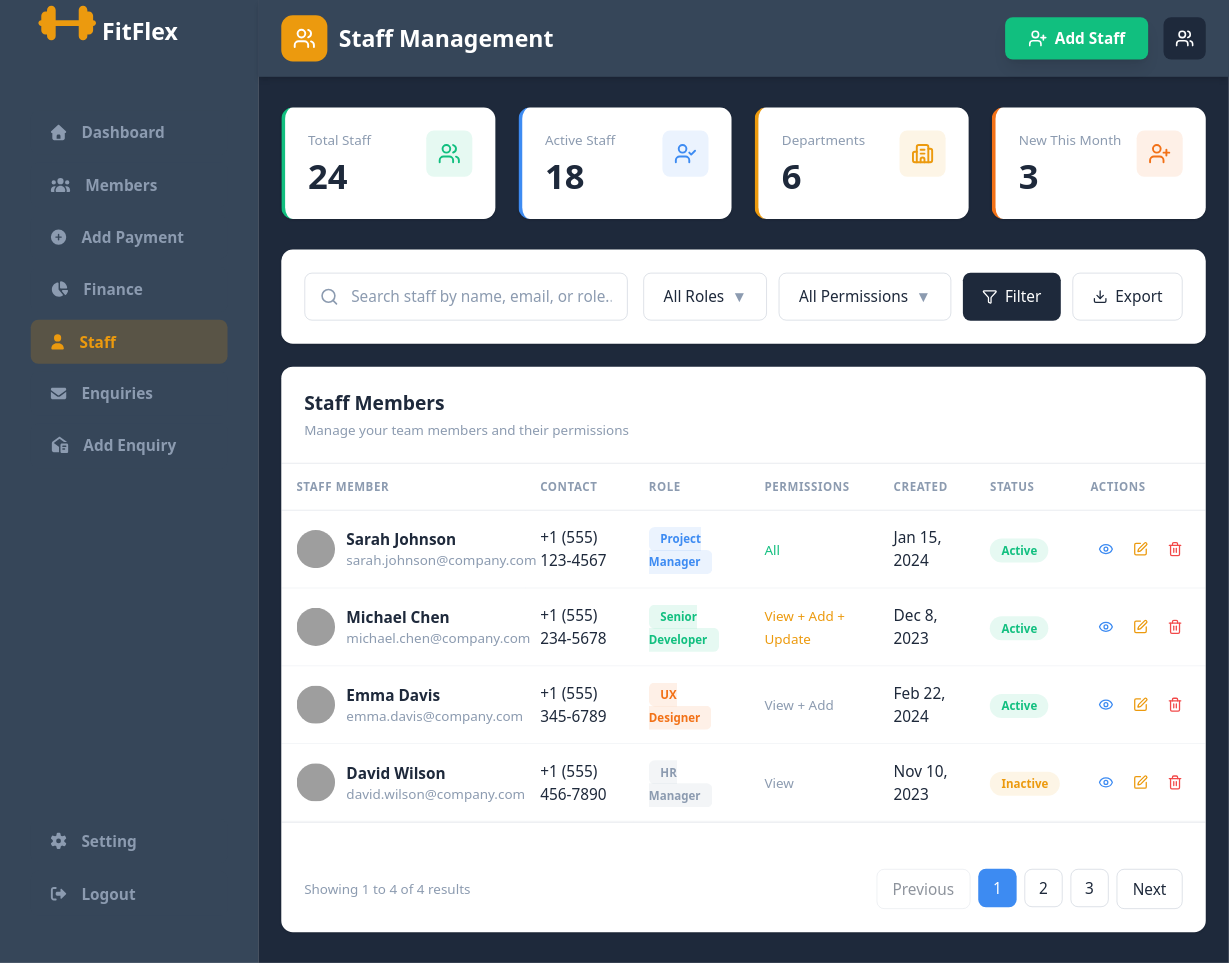
Repository: MuhammadTalhaTaj/gym_management_app_backend
Page: /staff (app in frontend/)
An editor plug-in stored every save of this project. The page is shown before and after the next save, followed by the edit.
The browser window is 1280 px wide. The pictures show the whole page, at 96% of full size.
Pictures or frames that could not be fetched are drawn as grey boxes. The project was rebuilt for these pictures with package versions that can differ from the ones it lists, and the page was loaded fresh each time. Also part of the build but not shown: frontend/vite.config.ts, frontend/src/assets/styles/AdminHeader.css, frontend/src/Components/AdminHeader.tsx, frontend/src/assets/styles/AdminDashboard.css, frontend/src/hooks/useDashboardData.ts, frontend/src/assets/styles/AdminDashboardStats.css, frontend/src/Components/AdminDashboardStats.tsx, frontend/src/Components/IncomeExpenseChart.tsx and 30 more.

Above is the page before, as saved 2025-11-21 09:55:35.

### frontend/index.html
<!doctype html>
<html lang="en">

<head>
  <meta charset="UTF-8" />
  <link rel="icon" type="image/svg+xml" href="/vite.svg" />
  <meta name="viewport" content="width=device-width, initial-scale=1.0" />
  <title>GymManagement</title>
  <link rel="preconnect" href="https://fonts.googleapis.com" />
  <link rel="preconnect" href="https://fonts.gstatic.com" crossorigin />
  <link rel="stylesheet" href="https://fonts.googleapis.com/css2?family=Roboto:wght@300;400;500;700&display=swap" />

</head>

<body>
  <div id="root"></div>
  <script type="module" src="/src/main.tsx"></script>
</body>

</html>

### frontend/src/index.css
@import "tailwindcss";
:root{
  padding: 0;
  margin: 0;
  box-sizing: border-box;
  --primary-100:#364659;
  --primary-200:#1E293B;
  --primary-300:#8C9BB0;
  --secondary-100: #EC9A0E;
  --secondary-200:#595446;
  --tertiary-100: #F24949;
  --tertiary-100-30: #584252;
  --tertiary-200: #F47117;
  --tertiary-200-30: #5A4B48;
  --tertiary-300: #11BF7F;
  --tertiary-300-30: #2B595E;
  --tertiary-400: #3D8BF2;
  --tertiary-400-30: #344E75;
  --tertiary-500: #94A3B8;
  --tertiary-600: #1E293B;
}
body{
  padding: 0;
  margin: 0;
}
.adminMain{
  display: flex;
  margin: 0;
  justify-content: space-between;
  padding: 0;
  /* border: 2px solid blue; */
}
@media all and (max-width:700px) {
  .adminMain{
    flex-direction: column;
  }
}

### frontend/src/Components/ProtectedRoute.tsx
import React, { useEffect, useState } from "react";
// import { Navigate } from "react-router-dom";
import { apiRequest } from "../config/api";

type Props = {
  children: React.ReactNode;
};

const getStoredToken = (): string | null => {
  return localStorage.getItem("accessToken") || sessionStorage.getItem("accessToken");
};

export default function ProtectedRoute({ children }: Props) {
  const [status, setStatus] = useState<"pending" | "ok" | "unauth">("pending");

  useEffect(() => {
    let mounted = true;

    const token = getStoredToken();
    if (!token) {
      // no token -> immediately unauth
      if (mounted) setStatus("unauth");
      return;
    }

    const validate = async () => {
      try {
        // call backend authenticate endpoint
        const res = await apiRequest<{ success?: boolean; message?: string; userId?: string }>({
          method: "GET",
          endpoint: "/auth/authenticate"
        });

        // backend returns success:true on valid token
        if (mounted && res && (res as any).success === true) {
          setStatus("ok");
        } else {
          // treat missing success flag as unauth
          if (mounted) setStatus("unauth");
        }
      } catch (err) {
        // any error -> unauth
        if (mounted) setStatus("unauth");
      }
    };

    validate();

    return () => { mounted = false; };
  }, []);

  if (status === "pending") {
    // while checking, render nothing (keep UI/layout unchanged)
    return null;
  }

  if (status === "unauth") {
    // clear tokens to ensure clean state, then redirect
    try {
      localStorage.removeItem("accessToken");
      sessionStorage.removeItem("accessToken");
    } catch (e) {
      // ignore
    }
    // return <Navigate to="/login" replace />;
  }

  // auth ok
  return <>{children}</>;
}

### frontend/src/context/AuthContext.tsx
// src/context/AuthContext.tsx (example)
import React, { createContext, useEffect } from "react";
import { onAuthFailure,
  // setAccessToken as storeAccessToken,
   clearTokens } from "../config/auth";
import { useNavigate } from "react-router-dom";

export const AuthContext = createContext<any>(null);

export const AuthProvider: React.FC<{children:any}> = ({ children }) => {
  const navigate = useNavigate();

  useEffect(() => {
    onAuthFailure(() => {
      // clear local tokens and redirect to login
      clearTokens();
      navigate("/login");
    });
  }, [navigate]);

  return <AuthContext.Provider value={{}}>{children}</AuthContext.Provider>;
};

### frontend/src/pages/Admin/Staff.tsx
import React, { useState } from 'react';
import { Search, Download, Filter, Eye, Edit, Trash2, UserPlus, Users, UserCheck, Building2 } from 'lucide-react';

// Mock data file simulation
const staffData = [
  {
    id: 1,
    name: 'Sarah Johnson',
    email: 'sarah.johnson@company.com',
    phone: '+1 (555) 123-4567',
    role: 'Project Manager',
    permissions: 'All',
    created: 'Jan 15, 2024',
    status: 'Active',
    avatar: 'https://i.pravatar.cc/150?img=1'
  },
  {
    id: 2,
    name: 'Michael Chen',
    email: 'michael.chen@company.com',
    phone: '+1 (555) 234-5678',
    role: 'Senior Developer',
    permissions: 'View + Add + Update',
    created: 'Dec 8, 2023',
    status: 'Active',
    avatar: 'https://i.pravatar.cc/150?img=2'
  },
  {
    id: 3,
    name: 'Emma Davis',
    email: 'emma.davis@company.com',
    phone: '+1 (555) 345-6789',
    role: 'UX Designer',
    permissions: 'View + Add',
    created: 'Feb 22, 2024',
    status: 'Active',
    avatar: 'https://i.pravatar.cc/150?img=3'
  },
  {
    id: 4,
    name: 'David Wilson',
    email: 'david.wilson@company.com',
    phone: '+1 (555) 456-7890',
    role: 'HR Manager',
    permissions: 'View',
    created: 'Nov 10, 2023',
    status: 'Inactive',
    avatar: 'https://i.pravatar.cc/150?img=4'
  }
];

const statsData = [
  { label: 'Total Staff', value: 24, icon: Users, color: 'bg-[#11BF7F]/10', iconColor: 'text-[#11BF7F]', borderColor: 'border-l-[#11BF7F]' },
  { label: 'Active Staff', value: 18, icon: UserCheck, color: 'bg-[#3D8BF2]/10', iconColor: 'text-[#3D8BF2]', borderColor: 'border-l-[#3D8BF2]' },
  { label: 'Departments', value: 6, icon: Building2, color: 'bg-[#EC9A0E]/10', iconColor: 'text-[#EC9A0E]', borderColor: 'border-l-[#EC9A0E]' },
  { label: 'New This Month', value: 3, icon: UserPlus, color: 'bg-[#F27117]/10', iconColor: 'text-[#F27117]', borderColor: 'border-l-[#F27117]' }
];

// Components
const StatCard = ({ stat }) => {
  const Icon = stat.icon;
  return (
    <div className={`bg-white rounded-xl p-6 border-l-4 ${stat.borderColor} shadow-sm hover:shadow-md transition-shadow`}>
      <div className="flex items-start justify-between">
        <div>
          <p className="text-[#8C9BB0] text-sm font-medium mb-2">{stat.label}</p>
          <h3 className="text-[#1E293B] text-4xl font-bold">{stat.value}</h3>
        </div>
        <div className={`${stat.color} ${stat.iconColor} p-3 rounded-lg`}>
          <Icon className="w-6 h-6" />
        </div>
      </div>
    </div>
  );
};

const SearchBar = ({ value, onChange }) => (
  <div className="relative flex-1 max-w-md">
    <Search className="absolute left-4 top-1/2 -translate-y-1/2 w-5 h-5 text-[#8C9BB0]" />
    <input
      type="text"
      value={value}
      onChange={(e) => onChange(e.target.value)}
      placeholder="Search staff by name, email, or role..."
      className="w-full pl-12 pr-4 py-3 rounded-lg border border-[#8C9BB0]/30 focus:outline-none focus:ring-2 focus:ring-[#3D8BF2] focus:border-transparent text-[#1E293B] placeholder:text-[#8C9BB0]"
    />
  </div>
);

const FilterButton = ({ children, onClick }) => (
  <button
    onClick={onClick}
    className="px-5 py-3 rounded-lg border border-[#8C9BB0]/30 text-[#1E293B] font-medium hover:bg-[#F8FAFC] transition-colors flex items-center gap-2"
  >
    {children}
  </button>
);

const ActionButton = ({ icon: Icon, onClick, variant = 'default' }) => {
  const colors = {
    view: 'text-[#3D8BF2] hover:bg-[#3D8BF2]/10',
    edit: 'text-[#EC9A0E] hover:bg-[#EC9A0E]/10',
    delete: 'text-[#F24949] hover:bg-[#F24949]/10'
  };

  return (
    <button
      onClick={onClick}
      className={`p-2 rounded-lg transition-colors ${colors[variant]}`}
    >
      <Icon className="w-4 h-4" />
    </button>
  );
};

const StatusBadge = ({ status }) => {
  const isActive = status === 'Active';
  return (
    <span className={`px-3 py-1 rounded-full text-xs font-semibold ${
      isActive
        ? 'bg-[#11BF7F]/10 text-[#11BF7F]'
        : 'bg-[#EC9A0E]/10 text-[#EC9A0E]'
    }`}>
      {status}
    </span>
  );
};

const RoleBadge = ({ role }) => {
  const colors = {
    'Project Manager': 'bg-[#3D8BF2]/10 text-[#3D8BF2]',
    'Senior Developer': 'bg-[#11BF7F]/10 text-[#11BF7F]',
    'UX Designer': 'bg-[#F27117]/10 text-[#F27117]',
    'HR Manager': 'bg-[#8C9BB0]/10 text-[#8C9BB0]'
  };

  return (
    <span className={`px-3 py-1 rounded-md text-xs font-semibold ${colors[role] || 'bg-gray-100 text-gray-700'}`}>
      {role}
    </span>
  );
};

const PermissionBadge = ({ permissions }) => {
  const getColor = () => {
    if (permissions === 'All') return 'text-[#11BF7F]';
    if (permissions.includes('Update')) return 'text-[#EC9A0E]';
    if (permissions.includes('Add')) return 'text-[#8C9BB0]';
    return 'text-[#8C9BB0]';
  };

  return (
    <span className={`text-sm font-medium ${getColor()}`}>
      {permissions}
    </span>
  );
};

const StaffTable = ({ data, onView, onEdit, onDelete }) => (
  <div className="overflow-x-auto">
    <table className="w-full">
      <thead>
        <tr className="border-b border-[#8C9BB0]/20">
          <th className="text-left py-4 px-4 text-xs font-semibold text-[#8C9BB0] uppercase tracking-wider">Staff Member</th>
          <th className="text-left py-4 px-4 text-xs font-semibold text-[#8C9BB0] uppercase tracking-wider">Contact</th>
          <th className="text-left py-4 px-4 text-xs font-semibold text-[#8C9BB0] uppercase tracking-wider">Role</th>
          <th className="text-left py-4 px-4 text-xs font-semibold text-[#8C9BB0] uppercase tracking-wider">Permissions</th>
          <th className="text-left py-4 px-4 text-xs font-semibold text-[#8C9BB0] uppercase tracking-wider">Created</th>
          <th className="text-left py-4 px-4 text-xs font-semibold text-[#8C9BB0] uppercase tracking-wider">Status</th>
          <th className="text-left py-4 px-4 text-xs font-semibold text-[#8C9BB0] uppercase tracking-wider">Actions</th>
        </tr>
      </thead>
      <tbody>
        {data.map((staff) => (
          <tr key={staff.id} className="border-b border-[#8C9BB0]/10 hover:bg-[#F8FAFC] transition-colors">
            <td className="py-4 px-4">
              <div className="flex items-center gap-3">
                <img src={staff.avatar} alt={staff.name} className="w-10 h-10 rounded-full object-cover" />
                <div>
                  <p className="font-semibold text-[#1E293B]">{staff.name}</p>
                  <p className="text-sm text-[#8C9BB0]">{staff.email}</p>
                </div>
              </div>
            </td>
            <td className="py-4 px-4 text-[#1E293B]">{staff.phone}</td>
            <td className="py-4 px-4">
              <RoleBadge role={staff.role} />
            </td>
            <td className="py-4 px-4">
              <PermissionBadge permissions={staff.permissions} />
            </td>
            <td className="py-4 px-4 text-[#1E293B]">{staff.created}</td>
            <td className="py-4 px-4">
              <StatusBadge status={staff.status} />
            </td>
            <td className="py-4 px-4">
              <div className="flex items-center gap-1">
                <ActionButton icon={Eye} onClick={() => onView(staff.id)} variant="view" />
                <ActionButton icon={Edit} onClick={() => onEdit(staff.id)} variant="edit" />
                <ActionButton icon={Trash2} onClick={() => onDelete(staff.id)} variant="delete" />
              </div>
            </td>
          </tr>
        ))}
      </tbody>
    </table>
  </div>
);

const Pagination = ({ currentPage, totalPages, onPageChange }) => (
  <div className="flex items-center justify-between mt-6">
    <p className="text-sm text-[#8C9BB0]">
      Showing 1 to 4 of {staffData.length} results
    </p>
    <div className="flex gap-2">
      <button
        onClick={() => onPageChange(currentPage - 1)}
        disabled={currentPage === 1}
        className="px-4 py-2 rounded-lg border border-[#8C9BB0]/30 text-[#1E293B] font-medium hover:bg-[#F8FAFC] disabled:opacity-50 disabled:cursor-not-allowed transition-colors"
      >
        Previous
      </button>
      {[...Array(totalPages)].map((_, i) => (
        <button
          key={i + 1}
          onClick={() => onPageChange(i + 1)}
          className={`w-10 h-10 rounded-lg font-medium transition-colors ${
            currentPage === i + 1
              ? 'bg-[#3D8BF2] text-white'
              : 'border border-[#8C9BB0]/30 text-[#1E293B] hover:bg-[#F8FAFC]'
          }`}
        >
          {i + 1}
        </button>
      ))}
      <button
        onClick={() => onPageChange(currentPage + 1)}
        disabled={currentPage === totalPages}
        className="px-4 py-2 rounded-lg border border-[#8C9BB0]/30 text-[#1E293B] font-medium hover:bg-[#F8FAFC] disabled:opacity-50 disabled:cursor-not-allowed transition-colors"
      >
        Next
      </button>
    </div>
  </div>
);

// Main Component
const Staff = () => {
  const [searchTerm, setSearchTerm] = useState('');
  const [currentPage, setCurrentPage] = useState(1);
  const [selectedRole, setSelectedRole] = useState('All Roles');
  const [selectedPermission, setSelectedPermission] = useState('All Permissions');

  const filteredData = staffData.filter(staff =>
    staff.name.toLowerCase().includes(searchTerm.toLowerCase()) ||
    staff.email.toLowerCase().includes(searchTerm.toLowerCase()) ||
    staff.role.toLowerCase().includes(searchTerm.toLowerCase())
  );

  const handleView = (id) => console.log('View staff:', id);
  const handleEdit = (id) => console.log('Edit staff:', id);
  const handleDelete = (id) => console.log('Delete staff:', id);

  return (
    <div className="min-h-screen bg-[var(--primary-200)]">
      {/* Header */}
      <header className="bg-[#364659] shadow-md">
        <div className="max-w-[1600px] mx-auto px-6 py-4 flex items-center justify-between">
          <div className="flex items-center gap-3">
            <div className="bg-[#EC9A0E] p-3 rounded-xl">
              <Users className="w-6 h-6 text-white" />
            </div>
            <h1 className="text-white text-2xl font-bold">Staff Management</h1>
          </div>
          <div className="flex items-center gap-4">
            <button className="bg-[#11BF7F] hover:bg-[#11BF7F]/90 text-white px-6 py-2.5 rounded-lg font-semibold flex items-center gap-2 transition-colors shadow-lg">
              <UserPlus className="w-5 h-5" />
              Add Staff
            </button>
            <button className="bg-[#1E293B] hover:bg-[#1E293B]/90 text-white w-11 h-11 rounded-lg flex items-center justify-center transition-colors">
              <Users className="w-5 h-5" />
            </button>
          </div>
        </div>
      </header>

      {/* Main Content */}
      <main className="max-w-[1600px] mx-auto px-6 py-8">
        {/* Stats Grid */}
        <div className="grid grid-cols-1 md:grid-cols-2 lg:grid-cols-4 gap-6 mb-8">
          {statsData.map((stat, index) => (
            <StatCard key={index} stat={stat} />
          ))}
        </div>

        {/* Filters Section */}
        <div className="bg-white rounded-xl shadow-sm p-6 mb-6">
          <div className="flex flex-col lg:flex-row gap-4 items-start lg:items-center">
            <SearchBar value={searchTerm} onChange={setSearchTerm} />
            <div className="flex flex-wrap gap-3">
              <FilterButton>
                {selectedRole}
                <span className="text-[#8C9BB0]">▼</span>
              </FilterButton>
              <FilterButton>
                {selectedPermission}
                <span className="text-[#8C9BB0]">▼</span>
              </FilterButton>
              <button className="px-5 py-3 rounded-lg bg-[#1E293B] text-white font-medium hover:bg-[#1E293B]/90 transition-colors flex items-center gap-2">
                <Filter className="w-4 h-4" />
                Filter
              </button>
              <button className="px-5 py-3 rounded-lg border border-[#8C9BB0]/30 text-[#1E293B] font-medium hover:bg-[#F8FAFC] transition-colors flex items-center gap-2">
                <Download className="w-4 h-4" />
                Export
              </button>
            </div>
          </div>
        </div>

        {/* Staff Table */}
        <div className="bg-white rounded-xl shadow-sm overflow-hidden">
          <div className="p-6 border-b border-[#8C9BB0]/20">
            <h2 className="text-xl font-bold text-[#1E293B]">Staff Members</h2>
            <p className="text-[#8C9BB0] text-sm mt-1">Manage your team members and their permissions</p>
          </div>

          <StaffTable
            data={filteredData}
            onView={handleView}
            onEdit={handleEdit}
            onDelete={handleDelete}
          />

          <div className="p-6 border-t border-[#8C9BB0]/20">
            <Pagination
              currentPage={currentPage}
              totalPages={3}
              onPageChange={setCurrentPage}
            />
          </div>
        </div>
      </main>
    </div>
  );
};

export default Staff;

### frontend/src/assets/styles/AdminSidebar.css
.adminSidebar h1 {
    font-size: 1.5rem;
    font-weight: 700;
    color: white;
    margin-left: 1.5rem;
}

.adminSidebar {
    padding: 0rem 1rem;
    width: 24vw;
    max-width: 24vw;
    height: auto;
    background-color: var(--primary-100);
}

.adminSidebar ul {
    list-style: none;
    display: flex;
    /* border: 2px solid red; */
    padding: 0rem 1rem;
    flex-direction: column;
    gap: 0.5rem;
    margin-top: 4rem;
}

.adminSidebar ul li {
    padding: 0.7rem 1.3rem;
    padding-right: 0rem;
    width: 16vw;
    border-radius: 0.5rem;
    background-color: var(--primary-100);
}

.adminSidebar ul li a {
    display: flex;
    align-items: center;
    gap: 1rem;
    color: var(--primary-300);
    text-decoration: none;
    font-size: 1rem;
    font-weight: 600;
    /* text-align: center; */
}

.adminSidebar ul li:hover {
    background-color: var(--primary-200);
    color: white;
}

.adminSidebar ul li:hover a {
    color: white;
}
.adminSidebar ul li:hover .adminSidebarIcon{
    color: white;
}
.adminSidebar ul li.active-link {
    color: var(--secondary-100);
    background-color: var(--secondary-200);
}

.adminSidebar ul li.active-link a {
    color: var(--secondary-100);
}


.burger-btn {
    display: none;
}
.sidebarAdminUl{
    /* border: 2px solid blue; */
    display: flex;
    flex-direction: column;
    height: 90%;
    justify-content: space-between;
}
@media all and (max-width:700px) {
    .adminSidebar {
        /* border: 2px solid blue; */
        min-width: 100vw;
        height: 10vh;
    }

    .sidebarAdminUl {
        width: 100vw;
        flex-direction: column;
        background-color: var(--primary-100);
        position: absolute;
        overflow-y: auto;
        max-height: 45vh;
        display: none;
    }
    .adminSidebar h1{
        margin: 0;
    }
    .adminSidebar ul li {
        padding: 0.8rem 8rem;
        padding-left: 1rem;
    }

    .sidebarAdminUl.menu.open {
        display: flex;
        gap: 0rem;
        top: 10vh;
        left: 0;
    }

    .burger-btn {
        /* border: 2px solid blue; */
        display: inline;
        height: 2rem;
    }

    .adminSidebar h1 {
        /* border: 2px solid blue; */
        width: 50%;
        display: inline-block;
    }

    .adminSidebar {
        /* border: 2px solid green; */
        display: flex;
        align-items: center;
        justify-content: space-between;
        padding: 0rem 1rem;
    }

    .adminSidebar.expanded {
    margin-bottom: 45vh;
  }
}
.adminSidebar ul li:hover .adminSidebarIcon {
    color: white !important;
}

/* Prevent hover from overriding active icon color */
.adminSidebar ul li.active-link:hover .adminSidebarIcon {
    color: var(--secondary-100) !important;
}

### frontend/src/config/auth.ts
// src/config/auth.ts
const ACCESS_TOKEN_KEY = "accessToken";

/**
 * Read access token (prefers localStorage, fallbacks to sessionStorage)
 */
export function readAccessToken(): string | null {
  return localStorage.getItem(ACCESS_TOKEN_KEY) || sessionStorage.getItem(ACCESS_TOKEN_KEY);
}

/**
 * Store access token.
 * If `persist` true -> save to localStorage, otherwise sessionStorage.
 */
export function setAccessToken(token: string | null, persist = true) {
  if (!token) {
    localStorage.removeItem(ACCESS_TOKEN_KEY);
    sessionStorage.removeItem(ACCESS_TOKEN_KEY);
    return;
  }
  if (persist) {
    localStorage.setItem(ACCESS_TOKEN_KEY, token);
    sessionStorage.removeItem(ACCESS_TOKEN_KEY);
  } else {
    sessionStorage.setItem(ACCESS_TOKEN_KEY, token);
    localStorage.removeItem(ACCESS_TOKEN_KEY);
  }
}

/**
 * Clear tokens
 */
export function clearTokens() {
  localStorage.removeItem(ACCESS_TOKEN_KEY);
  sessionStorage.removeItem(ACCESS_TOKEN_KEY);
}

/**
 * Call refresh endpoint to obtain a fresh access token.
 * Note: This request includes credentials because your backend may store refresh token in an httpOnly cookie.
 */
let AUTH_BASE_URL = (import.meta.env.VITE_API_URL || "http://localhost:4000").replace(/\/$/, "");

export async function refreshAccessToken(): Promise<string> {
  const url = `${AUTH_BASE_URL}/auth/refreshToken`;

  const res = await fetch(url, {
    method: "POST",
    // include cookies to allow the server to find httpOnly refresh cookie
    credentials: "include",
    headers: {
      "Content-Type": "application/json"
    },
    // no body needed because your server reads cookie/header
  });

  // If server returns non-JSON or non-ok, try to parse but handle gracefully
  let data: any = {};
  try {
    data = await res.json();
  } catch (e) {
    // ignore parse error
  }

  if (!res.ok) {
    // throw useful error with body message if present
    const message = data?.message || `Failed to refresh access token (status ${res.status})`;
    throw new Error(message);
  }

  if (!data?.accessToken) {
    throw new Error("Refresh succeeded but no accessToken returned");
  }

  // store returned token (persist behavior up to you; default persist)
  setAccessToken(data.accessToken, true);
  return data.accessToken;
}

/**
 * App-level callback when refresh fails (e.g., redirect to /login)
 */
let authFailureHandler: (() => void) | null = null;
export function onAuthFailure(handler: () => void) {
  authFailureHandler = handler;
}
export function callAuthFailureHandler() {
  if (typeof authFailureHandler === "function") authFailureHandler();
}

Loaded but not shown: frontend/src/main.tsx (common file); frontend/src/Components/AdminSidebar.tsx (181 lines, source omitted); frontend/src/config/api.ts (123 lines, source omitted); frontend/src/App.tsx (71 lines, source omitted); frontend/src/pages/Admin/AddStaff.tsx (no stored copy; drawn as an empty file)

After the next save:
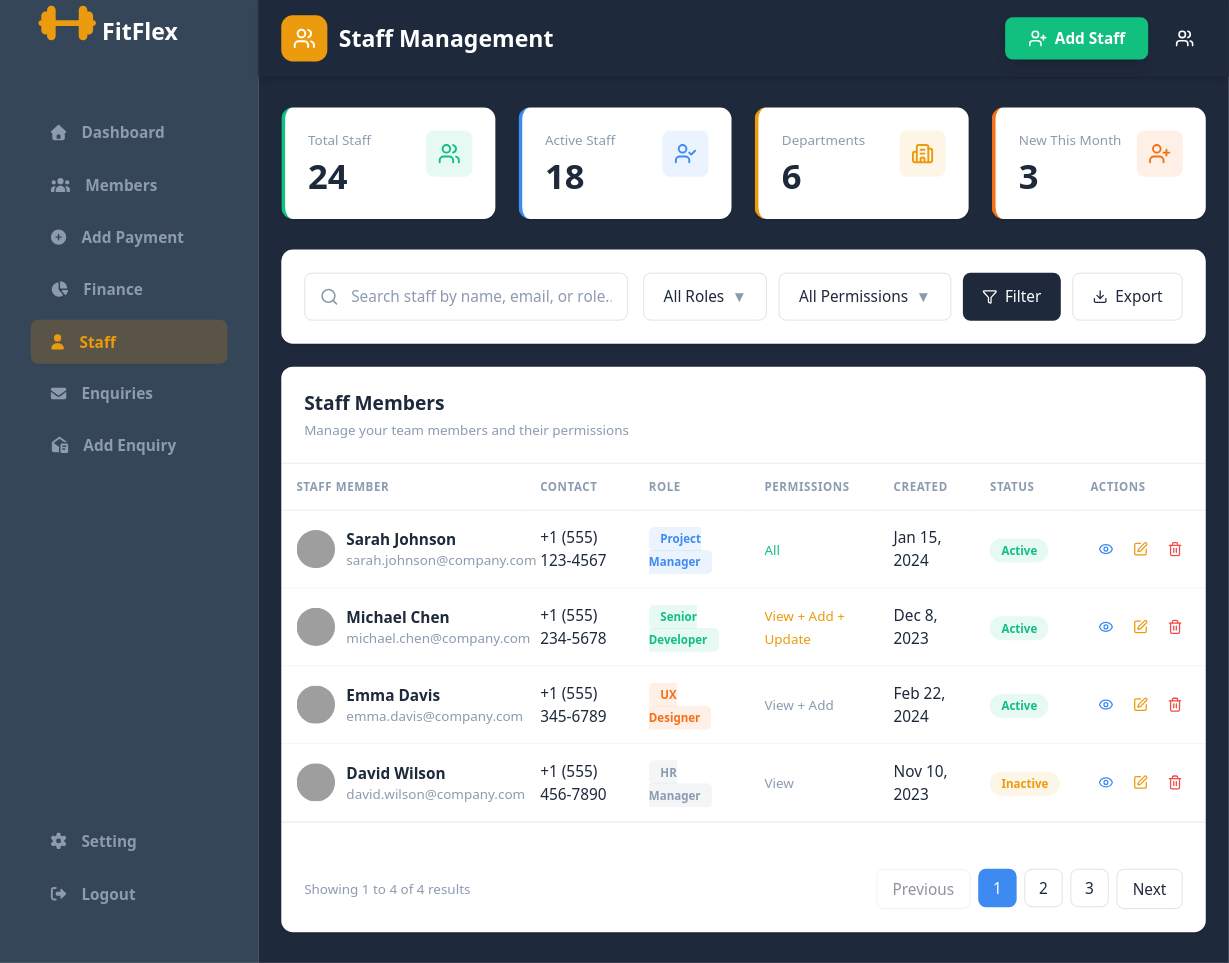
Saved 28 s later.
--- a/frontend/src/pages/Admin/Staff.tsx
+++ b/frontend/src/pages/Admin/Staff.tsx
@@ -264,7 +264,7 @@ const Staff = () => {
   return (
     <div className="min-h-screen bg-[var(--primary-200)]">
       {/* Header */}
-      <header className="bg-[#364659] shadow-md">
+      <header className="bg-[var(--primary-200)] shadow-md">
         <div className="max-w-[1600px] mx-auto px-6 py-4 flex items-center justify-between">
           <div className="flex items-center gap-3">
             <div className="bg-[#EC9A0E] p-3 rounded-xl">
